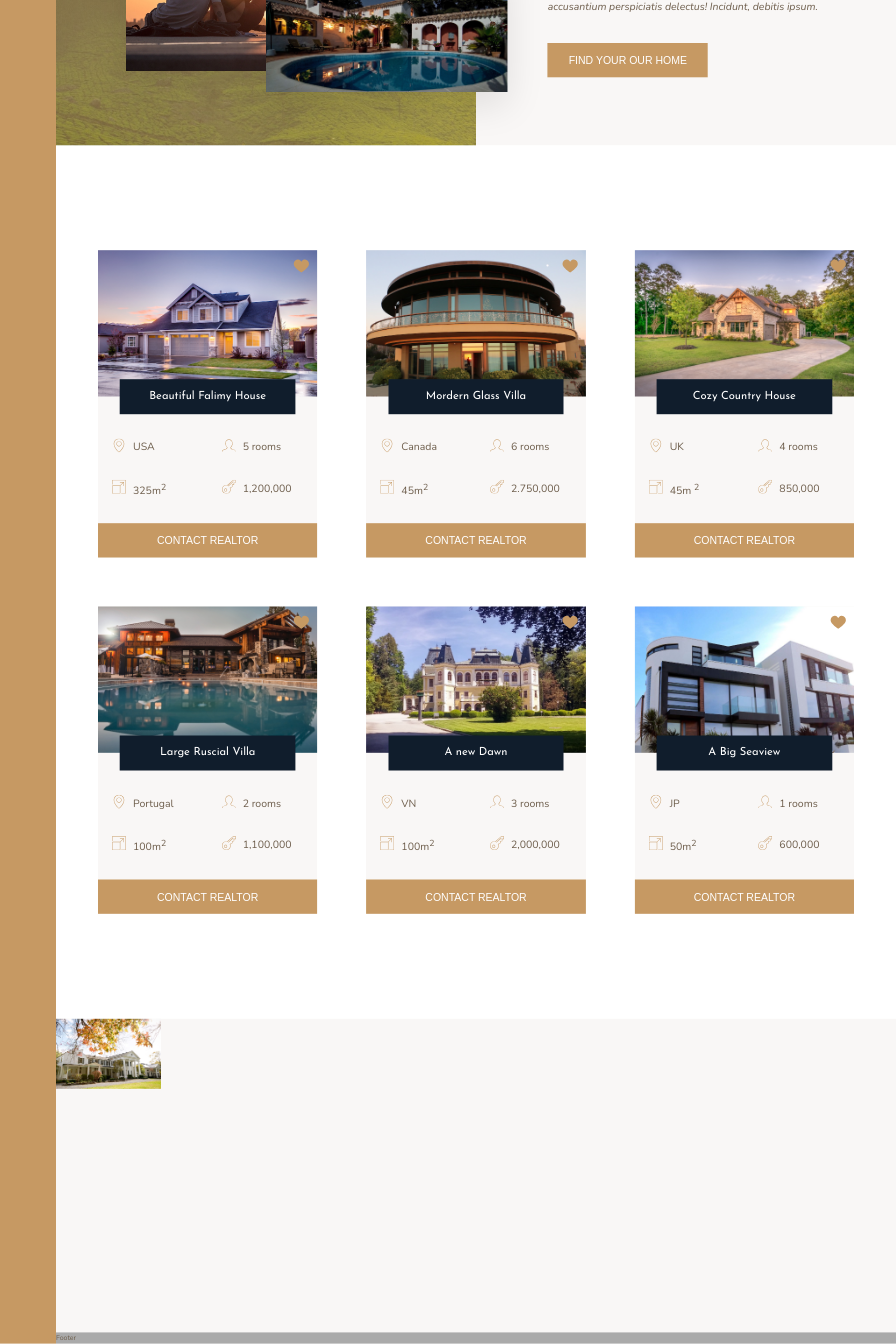
Repository: m2pd/your-home
Page: index.html
These files come from the project's save history. The page is drawn as it stood at one moment and after the next save; the edit follows.
The browser window is 1280 px wide. The pictures show the part of the page from y = 1548 to 3468 px (the page is 3468 px tall), at 70% of full size.
The style sheet was rebuilt from its Sass, Less or Tailwind sources for each picture, by a compiler version that may differ from the author's.

Above is the page before, as saved 2020-03-05 16:57:28.

### index.html
<!DOCTYPE html>
<html lang="en">
    <head>
        <meta charset="UTF-8">
        <meta name="viewport" content="width=device-width, initial-scale=1.0">
        <meta http-equiv="X-UA-Compatible" content="ie=edge">

        <link href="https://fonts.googleapis.com/css?family=Josefin+Sans:300,400,400i|Nunito:300,300i" rel="stylesheet">
        <link rel="stylesheet" href="css/style.css">
        <link rel="shortcut icon" type="image/png" href="img/favicon.png">

        <title>nexter &mdash; your home, your freedom</title>
    </head>
    <body class="container">

        <div class="sidebar">
            Sidebar
        </div>

        <header class="header">
            Header
        </header>

        <div class="realtors">
            3 Realtors
        </div>

        <div class="features">
            <div class="feature feature-1">
                <svg class="feature__icon">
                    <use xlink:href="img/sprite.svg#icon-global"></use>
                </svg>
                <h4 class="heading-4 heading-4--dark">World's best luxury homes</h4>
                <p class="feature__text">
                    Lorem, ipsum dolor sit amet consectetur adipisicing elit. Tenetur distinctio necessitatibus pariatur voluptatibus.
                </p>
            </div>

            <div class="feature feature-2">
                <svg class="feature__icon">
                    <use xlink:href="img/sprite.svg#icon-trophy"></use>
                </svg>
                <h4 class="heading-4 heading-4--dark">Only the best properties</h4>
                <p class="feature__text">
                    Voluptatum mollitia quae. Vero ipsum sapiente molestias accusamus rerum sed a eligendi aut quia.
                </p>
            </div>

            <div class="feature feature-3">
                <svg class="feature__icon">
                    <use xlink:href="img/sprite.svg#icon-map-pin"></use>
                </svg>
                <h4 class="heading-4 heading-4--dark">All home in top location</h4>
                <p class="feature__text">
                    Tenetur distinctio necessitatibus pariatur voluptatibus quidem consequatur harum.
                </p>
            </div>

            <div class="feature feature-4">
                <svg class="feature__icon">
                    <use xlink:href="img/sprite.svg#icon-key"></use>
                </svg>
                <h4 class="heading-4 heading-4--dark">New home in one week</h4>
                <p class="feature__text">
                    Vero ipsum sapiente molestias accusamus rerum. Lorem, ipsum dolor sit amet consectetur adipisicing elit.
                </p>
            </div>

            <div class="feature feature-5">
                <svg class="feature__icon">
                    <use xlink:href="img/sprite.svg#icon-presentation"></use>
                </svg>
                <h4 class="heading-4">Top 1% realtors</h4>
                <p class="feature__text">
                    Quidem consequatur harum, voluptatum mollitia quae. Tenetur distinctio necessitatibus pariatur voluptatibus.
                </p>
            </div>

            <div class="feature feature-6">
                <svg class="feature__icon">
                    <use xlink:href="img/sprite.svg#icon-lock"></use>
                </svg>
                <h4 class="heading-4">Secure in Payment on nexter</h4>
                <p class="feature__text">
                    Pariatur voluptatibus quidem consequatur harum, voluptatum mollitia quae.
                </p>
            </div>
        </div>

        <div class="story__pictures">
            <img src="img/story-1.jpeg" alt="Couple with new house" class="story__img--1">
            <img src="img/story-2.jpeg" alt="New house" class="story__img--2">
        </div>

        <div class="story__content">
            <h3 class="heading-3 mb-sm">Happy Customer</h3>
            <h2 class="heading-2 heading-2--dark mb-md">&ldquo;The best decsion of our live&ldquo;</h2>
            <div class="story__text">
                Lorem ipsum dolor sit amet consectetur, adipisicing elit. Asperiores ipsam aut similique cumque nesciunt accusantium perspiciatis delectus! Incidunt, debitis ipsum.
            </div>
            <button class="btn">Find your our home</button>
        </div>

        <section class="homes">
            <div class="home">
                <img src="img/house-1.jpeg" alt="House 1" class="home__img">
                <svg class="home__like">
                    <use xlink:href="img/sprite.svg#icon-heart-full"></use>
                </svg>
                <h5 class="home__name">Beautiful Falimy House</h5>
                <div class="home__location">
                    <svg>
                        <use xlink:href="img/sprite.svg#icon-map-pin"></use>
                    </svg>
                    <p>USA</p>
                </div>
                <div class="home__rooms">
                    <svg>
                        <use xlink:href="img/sprite.svg#icon-profile-male"></use>
                    </svg>
                    <p>5 rooms</p>
                </div>
                <div class="home__area">
                    <svg>
                        <use xlink:href="img/sprite.svg#icon-expand"></use>
                    </svg>
                    <p>325m<sup>2</sup></p>
                </div>
                <div class="home__price">
                    <svg>
                        <use xlink:href="img/sprite.svg#icon-key"></use>
                    </svg>
                    <p>1,200,000</p>
                </div>
                <button class="btn home__btn">Contact realtor</button>
            </div>

            <div class="home">
                <img src="img/house-2.jpeg" alt="House 2" class="home__img">
                <svg class="home__like">
                    <use xlink:href="img/sprite.svg#icon-heart-full"></use>
                </svg>
                <h5 class="home__name">Mordern Glass Villa</h5>
                <div class="home__location">
                    <svg>
                        <use xlink:href="img/sprite.svg#icon-map-pin"></use>
                    </svg>
                    <p>Canada</p>
                </div>
                <div class="home__rooms">
                    <svg>
                        <use xlink:href="img/sprite.svg#icon-profile-male"></use>
                    </svg>
                    <p>6 rooms</p>
                </div>
                <div class="home__area">
                    <svg>
                        <use xlink:href="img/sprite.svg#icon-expand"></use>
                    </svg>
                    <p>45m<sup>2</sup></p>
                </div>
                <div class="home__price">
                    <svg>
                        <use xlink:href="img/sprite.svg#icon-key"></use>
                    </svg>
                    <p>2.750,000</p>
                </div>
                <button class="btn home__btn">Contact realtor</button>
            </div>

            <div class="home">
                <img src="img/house-3.jpeg" alt="House 3" class="home__img">
                <svg class="home__like">
                    <use xlink:href="img/sprite.svg#icon-heart-full"></use>
                </svg>
                <h5 class="home__name">Cozy Country House</h5>
                <div class="home__location">
                    <svg>
                        <use xlink:href="img/sprite.svg#icon-map-pin"></use>
                    </svg>
                    <p>UK</p>
                </div>
                <div class="home__rooms">
                    <svg>
                        <use xlink:href="img/sprite.svg#icon-profile-male"></use>
                    </svg>
                    <p>4 rooms</p>
                </div>
                <div class="home__area">
                    <svg>
                        <use xlink:href="img/sprite.svg#icon-expand"></use>
                    </svg>
                    <p>45m <sup>2</sup></p>
                </div>
                <div class="home__price">
                    <svg>
                        <use xlink:href="img/sprite.svg#icon-key"></use>
                    </svg>
                    <p>850,000</p>
                </div>
                <button class="btn home__btn">Contact realtor</button>
            </div>

            <div class="home">
                <img src="img/house-4.jpeg" alt="House 4" class="home__img">
                <svg class="home__like">
                    <use xlink:href="img/sprite.svg#icon-heart-full"></use>
                </svg>
                <h5 class="home__name">Large Ruscial Villa</h5>
                <div class="home__location">
                    <svg>
                        <use xlink:href="img/sprite.svg#icon-map-pin"></use>
                    </svg>
                    <p>Portugal</p>
                </div>
                <div class="home__rooms">
                    <svg>
                        <use xlink:href="img/sprite.svg#icon-profile-male"></use>
                    </svg>
                    <p>2 rooms</p>
                </div>
                <div class="home__area">
                    <svg>
                        <use xlink:href="img/sprite.svg#icon-expand"></use>
                    </svg>
                    <p>100m<sup>2</sup></p>
                </div>
                <div class="home__price">
                    <svg>
                        <use xlink:href="img/sprite.svg#icon-key"></use>
                    </svg>
                    <p>1,100,000</p>
                </div>
                <button class="btn home__btn">Contact realtor</button>
            </div>

            <div class="home">
                <img src="img/house-5.jpeg" alt="House 5" class="home__img">
                <svg class="home__like">
                    <use xlink:href="img/sprite.svg#icon-heart-full"></use>
                </svg>
                <h5 class="home__name">A new Dawn</h5>
                <div class="home__location">
                    <svg>
                        <use xlink:href="img/sprite.svg#icon-map-pin"></use>
                    </svg>
                    <p>VN</p>
                </div>
                <div class="home__rooms">
                    <svg>
                        <use xlink:href="img/sprite.svg#icon-profile-male"></use>
                    </svg>
                    <p>3 rooms</p>
                </div>
                <div class="home__area">
                    <svg>
                        <use xlink:href="img/sprite.svg#icon-expand"></use>
                    </svg>
                    <p>100m<sup>2</sup></p>
                </div>
                <div class="home__price">
                    <svg>
                        <use xlink:href="img/sprite.svg#icon-key"></use>
                    </svg>
                    <p>2,000,000</p>
                </div>
                <button class="btn home__btn">Contact realtor</button>
            </div>

            <div class="home">
                <img src="img/house-6.jpeg" alt="House 6" class="home__img">
                <svg class="home__like">
                    <use xlink:href="img/sprite.svg#icon-heart-full"></use>
                </svg>
                <h5 class="home__name">A Big Seaview</h5>
                <div class="home__location">
                    <svg>
                        <use xlink:href="img/sprite.svg#icon-map-pin"></use>
                    </svg>
                    <p>JP</p>
                </div>
                <div class="home__rooms">
                    <svg>
                        <use xlink:href="img/sprite.svg#icon-profile-male"></use>
                    </svg>
                    <p>1 rooms</p>
                </div>
                <div class="home__area">
                    <svg>
                        <use xlink:href="img/sprite.svg#icon-expand"></use>
                    </svg>
                    <p>50m<sup>2</sup></p>
                </div>
                <div class="home__price">
                    <svg>
                        <use xlink:href="img/sprite.svg#icon-key"></use>
                    </svg>
                    <p>600,000</p>
                </div>
                <button class="btn home__btn">Contact realtor</button>
            </div>
        </section>

        <section class="gallery">
            <img src="img/gal-1.jpeg" alt="Gallery Image 1" class="gallery__img">
        </section>

        <footer class="footer">
            Footer
        </footer>

    </body>
</html>

### sass/_base.scss
// COLOR VARIABLES
$color-primary: #c69963;
$color-primary-dark: #B28451;

$color-secondary: #101d2c;

$color-grey-light-1: #f9f7f6;
$color-grey-light-2: #aaa;

$color-grey-dark-1: #54483A;
$color-grey-dark-2: #6D5D4B;

// FONT VARIABLES
$font-primary: 'Nunito', sans-serif;
$font-display: 'Josefin Sans', sans-serif;


*,
*::before,
*::after{
    margin:0;
    padding:0;
    box-sizing: inherit;
}

html{
    font-size:62.5%;
    box-sizing: border-box;
}

body{
    font-family: $font-primary;
    color: $color-grey-dark-2;
    font-weight: 300;
    line-height: 1.6;
}

.container{
    display: grid;
    grid-template-rows: 80vh min-content 40vw repeat(3, min-content);
    grid-template-columns:[sidebar-start] 8rem [sidebar-end full-start] minmax(6rem, 1fr) [center-start] repeat(8, [col-start] minmax(min-content, 14rem) [col-end]) [center-end] minmax(6rem, 1fr) [full-end];

}

### sass/_typography.scss
%heading {
  font-family: $font-display;
  font-weight: 400;
}

.heading-1 {
  @extend %heading;
}

.heading-2 {
  @extend %heading;
  font-size: 4rem;
  font-style: italic;
  line-height: 1;

  &--light{ color: $color-grey-light-1;}
  &--dark{ color: $color-grey-dark-1;}
}

.heading-3 {
  @extend %heading;

  font-size: 1.6rem;
  color: $color-primary;
  text-transform: uppercase;

}

.heading-4 {
  @extend %heading;
  font-size: 1.9rem;

  &--light{ color: $color-grey-light-1;}
  &--dark{ color: $color-grey-dark-1;}

}

.btn{
    background-color: $color-primary;
    color: #fff;
    font-size: 1.5rem;
    border: none;
    border-radius: none;
    padding: 1.6rem  3rem;
    text-transform: uppercase;
    cursor: pointer;
    transition: all .2s;

    &:hover{
      background-color: $color-primary-dark;
    }
}

.mb-sm{ margin-bottom: 2rem; }
.mb-md{ margin-bottom: 3rem; }
.mb-lg{ margin-bottom: 4rem; }
.mb-hg{ margin-bottom: 8rem; }

### sass/_features.scss
.features{
    grid-column: center-start /  center-end;

    margin: 15rem 0;
    display: grid;
    // grid-template-columns: repeat(3, 1fr);
    grid-template-columns: repeat(auto-fit, minmax(25rem, 1fr));
    grid-gap: 6rem;
}

.feature{
    display: grid;
    grid-template-columns: min-content 1fr;
    grid-column-gap: 2.5rem;
    grid-row-gap: 1.5rem;

    align-items: start;

    &__icon{
        fill: $color-primary;
        width:4.5rem;
        height:4.5rem;

        grid-row: 1 / span 2;
    }

    &__text{
        font-size: 1.7rem;
    }
}

### sass/_story.scss
.story{
    &__pictures{
        background-color: $color-primary;
        grid-column: full-start / col-end 4;
        background-image:linear-gradient(rgba($color-primary,.5), rgba($color-primary, .5)),
                         url(../img/back.jpg);

        display: grid;
        grid-template-columns: repeat(6, 1fr);
        grid-template-rows: repeat(6, 1fr);
        align-items:center ;
    }

    &__img--1{
        width: 100%;
        grid-column: 2 / 6;
        grid-row: 2 / 6;
        box-shadow: 0 2rem 5rem rgba(#000, .1);
    }

    &__img--2{
        width: 115%;
        grid-column: 4 / 7;
        grid-row: 4 / 6;
        z-index: 20;
        box-shadow: 0 2rem 5rem rgba(#000, .1);

    }

    &__content{
        background-color: $color-grey-light-1;
        grid-column: col-start 5 / full-end;

        padding: 6rem 8vw;

        // display: flex;
        // flex-direction: column;
        // justify-content: center;
        // align-items: flex-start;

        display: grid;
        align-content: center;
        justify-items: start;
    }

    &__text{
        font-size: 1.5rem;
        font-style: italic;
        margin-bottom: 4rem;


    }
}

### sass/_homes.scss
.homes{
    grid-column: center-start / center-end;
    margin: 15rem 0;

    display: grid;
    grid-template-columns: repeat(auto-fit, minmax(25rem, 1fr));
    grid-gap: 7rem;
}

.home{
    background-color:  $color-grey-light-1;

    display: grid;
    grid-template-columns: repeat(2, 1fr);
    grid-row-gap: 3.5rem;

    &__img{
        width: 100%;
        grid-row: 1/ 2;
        grid-column: 1/ -1;
        z-index: 1;
    }

    &__like{
        grid-row: 1/ 2;
        grid-column: 2/ 3;
        fill: $color-primary;
        width: 2.5rem;
        height: 2.5rem;
        z-index: 2;
        justify-self: end;
        margin: 1rem;

    }

    &__name{
        grid-column: 1/ -1;
        grid-row: 1 / 2;

        width: 80%;
        align-self: end;
        justify-self: center;
        font-family: $font-display;
        font-size: 1.6rem;
        font-weight: 400;
        text-align: center;
        background-color: $color-secondary;
        color:#fff;
        padding: 1.25rem;
        z-index: 2;
        transform: translateY(50%);
    }

    &__location,
    &__rooms{
        margin-top: 2.5rem;
    }

    &__location,
    &__rooms,
    &__area,
    &__price{
        font-size: 1.5rem;
        margin-left: 2rem;

        display: flex;
        align-content: center;
        svg{
            fill: $color-primary;
            width: 2rem;
            height: 2rem;

            margin-right: 1rem;
        }
    }

    &__btn{
        grid-column: 1/ -1;
    }
}

### sass/_gallery.scss
.gallery{
    background-color: $color-grey-light-1;
    grid-column: full-start / full-end;

    display: grid;
    grid-template-columns: repeat(8, 1fr);
    grid-template-rows: repeat(7, 5vw);


    &__img{
        width:100%;
    }
}

### sass/_footer.scss
.footer{
    background-color: $color-grey-light-2;
    grid-column: full-start / full-end;
}

Loaded but not shown: sass/main.scss (common file); sass/_sidebar.scss (common file); sass/_header.scss (common file); sass/_realtors.scss (common file)

After the next save:
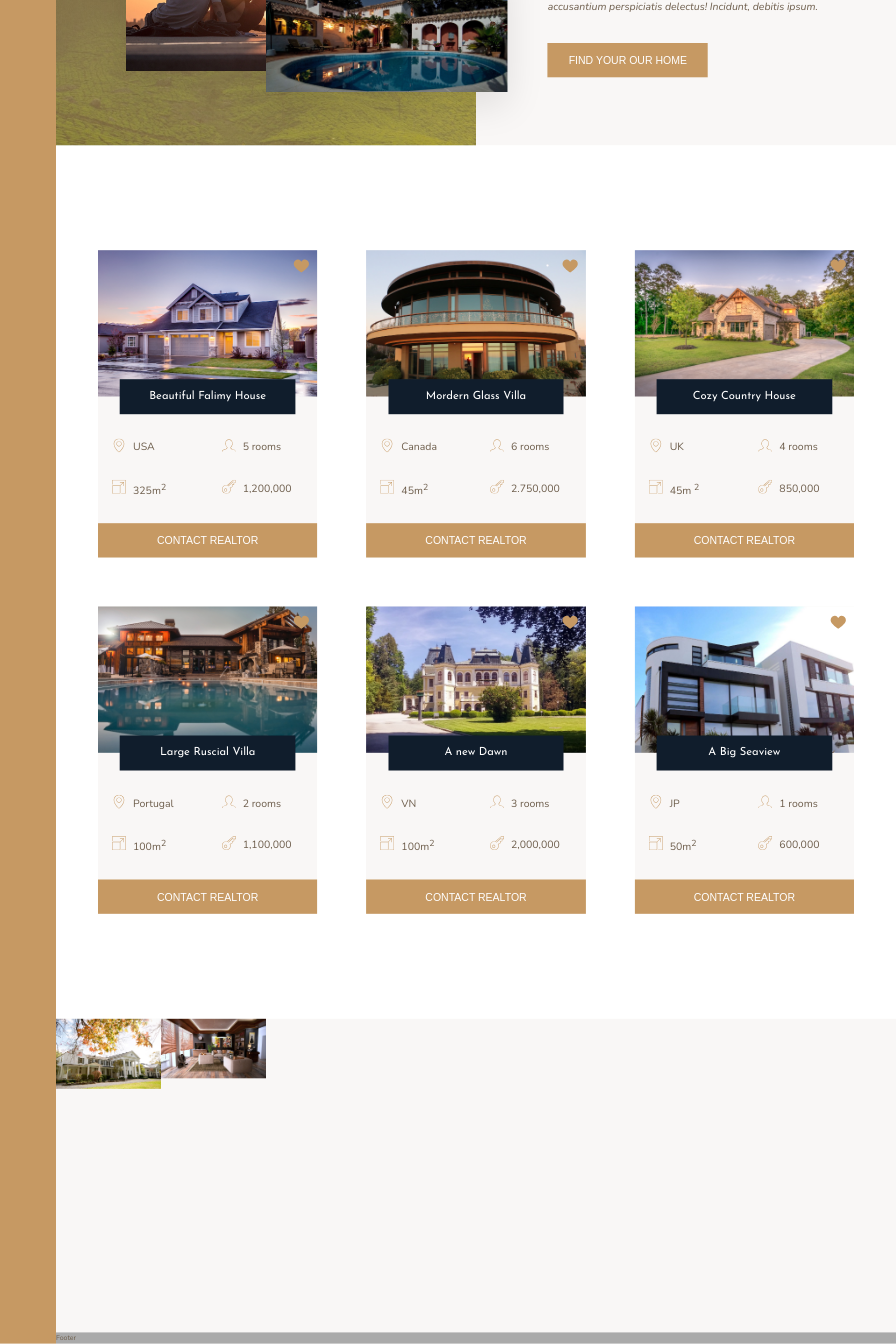
Saved 2 min 32 s later.
--- a/index.html
+++ b/index.html
@@ -303,6 +303,7 @@
 
         <section class="gallery">
             <img src="img/gal-1.jpeg" alt="Gallery Image 1" class="gallery__img">
+            <img src="img/gal-2.jpeg" alt="Gallery Image 2" class="gallery__img">
         </section>
 
         <footer class="footer">
